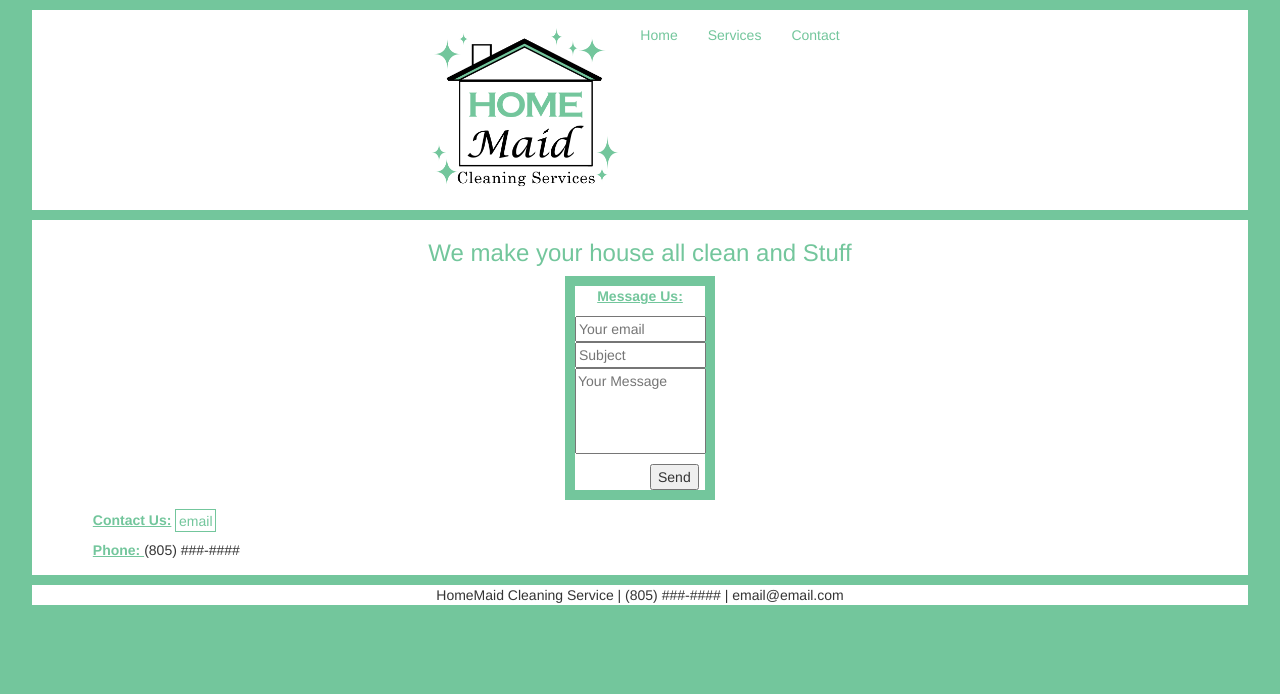
Repository: alprusa/HomeMaid-Cleaning-Service
Page: HomeMaid-Cleaning-Service/contact/index.html
An editor plug-in stored every save of this project. The page is shown before and after the next save, followed by the edit.
The browser window is 1280 px wide. The pictures show the whole page.

Above is the page before, as saved 2016-07-27 04:30:02.

After the next save:
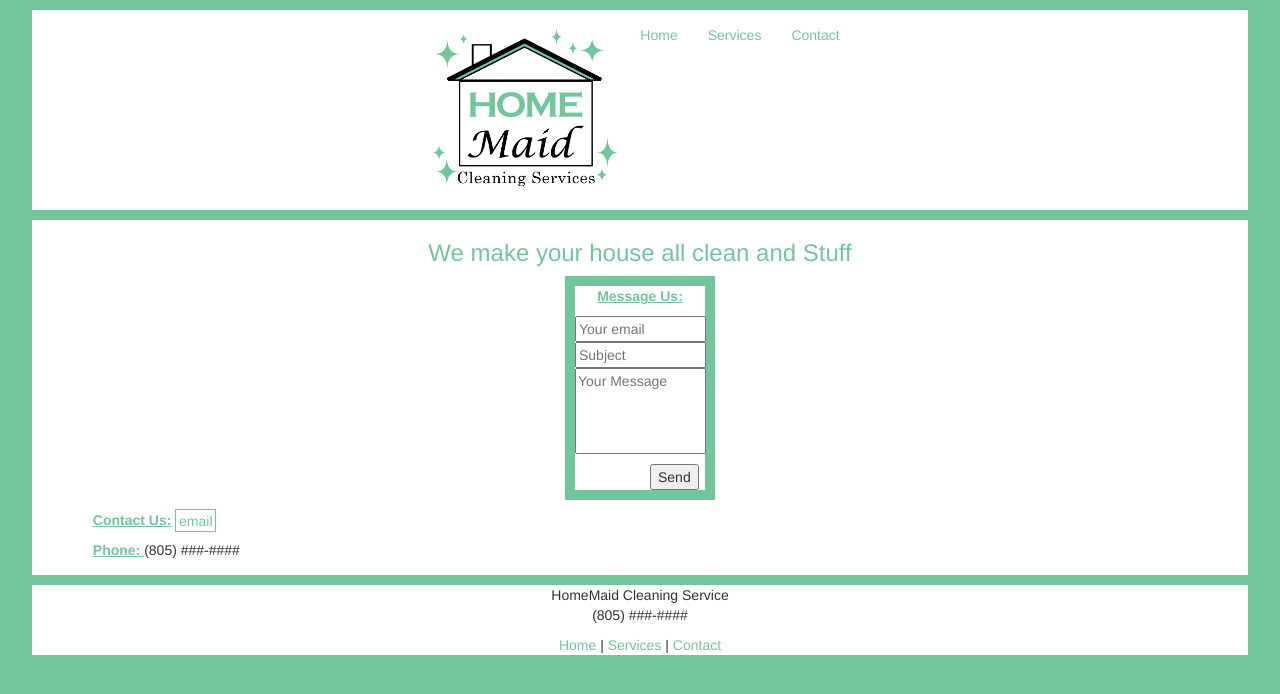
Saved 25 s later.
--- a/HomeMaid-Cleaning-Service/contact/index.html
+++ b/HomeMaid-Cleaning-Service/contact/index.html
@@ -80,8 +80,14 @@
 
 			<footer>
 				<p>
-					HomeMaid Cleaning Service | (805) ###-#### | email@email.com
+					HomeMaid Cleaning Service <br> (805) ###-####
 				</p>
+
+				<p>
+                	<a href="#">Home</a> |
+                	<a href="#">Services</a> |
+                	<a href="#">Contact</a>
+                </p>
 			</footer>
 		</div>
 
